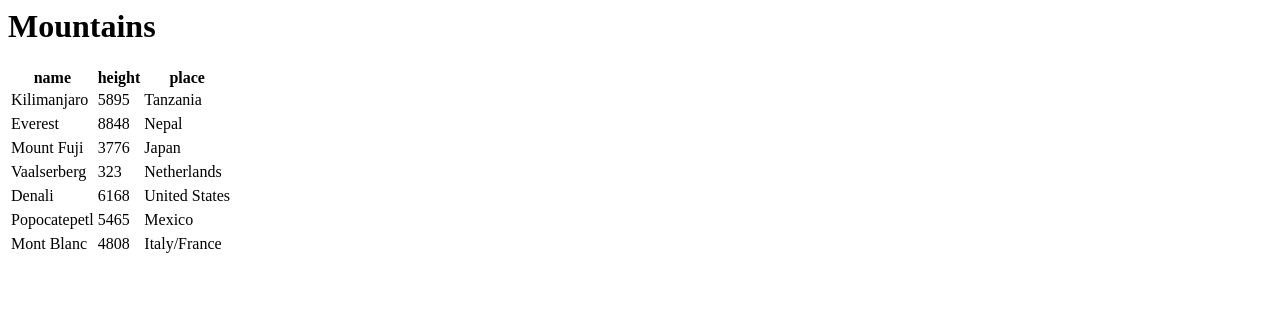
Repository: adamkonopka1991/Uni
Page: Kiez App/8.1/index.html
The author's editor kept a record of every edit. The page is drawn from the files as they stood at one moment, then again after the next edit.
The browser window is 1280 px wide. The pictures show the whole page.

Above is the page before.

After the next edit:
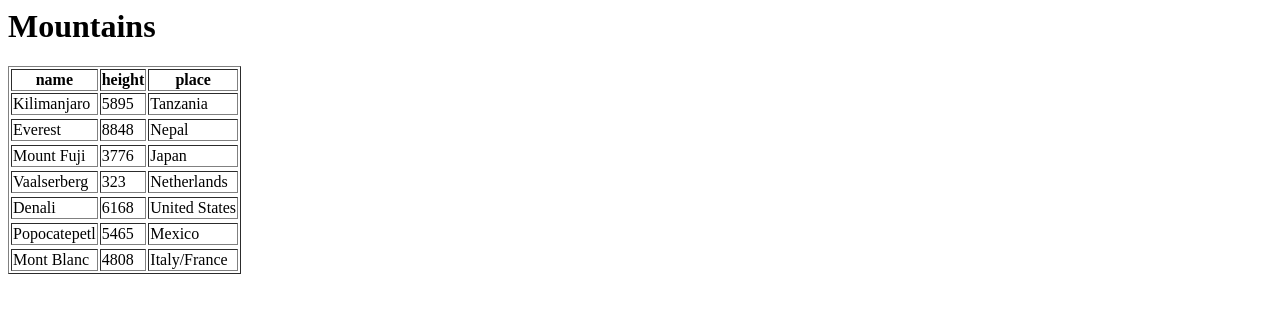
The edit:
--- a/Kiez App/8.1/index.html
+++ b/Kiez App/8.1/index.html
@@ -15,7 +15,7 @@
 
     function table(array)
     {
-       let output= "<table>";
+       let output= "<table border=1>";
        let keys= Object.keys(array[0]);
 
        for(let i=0; i<array.length; i++)
